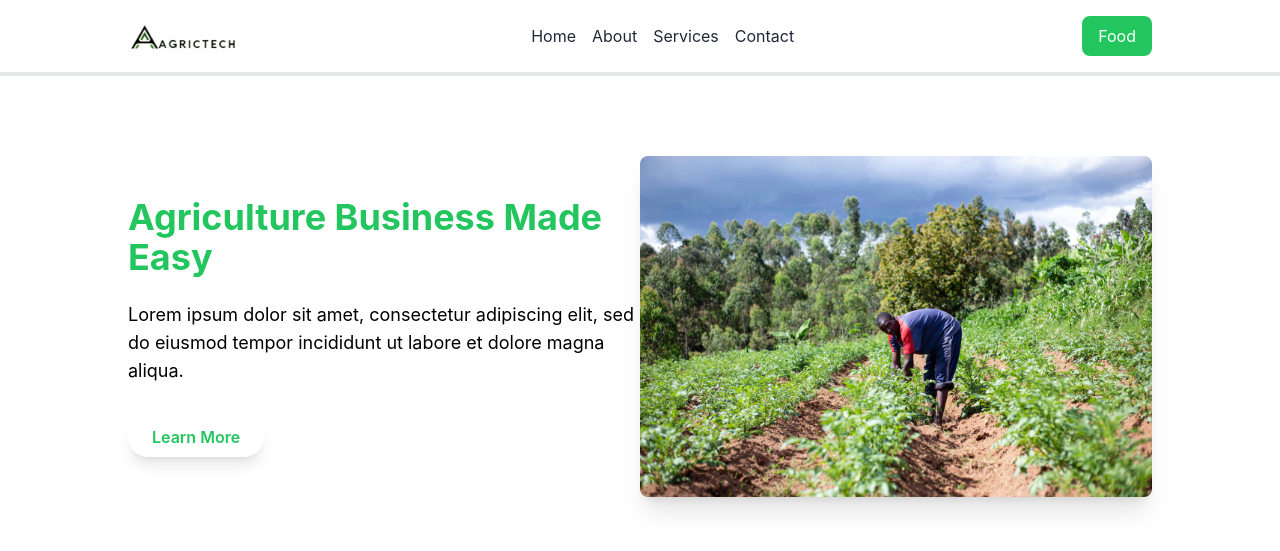
Repository: akinolapo/agric-tech
Page: /
The author's editor kept a copy of each file at every save. The page is drawn from the files as they stood at one save, then again after the next save.
The browser window is 1280 px wide. The pictures show the whole page.
The project was rebuilt for these pictures with package versions that can differ from the ones it lists, and the page was loaded fresh each time.

Above is the page before, as saved 2023-05-27 00:15:40.

After the next save:
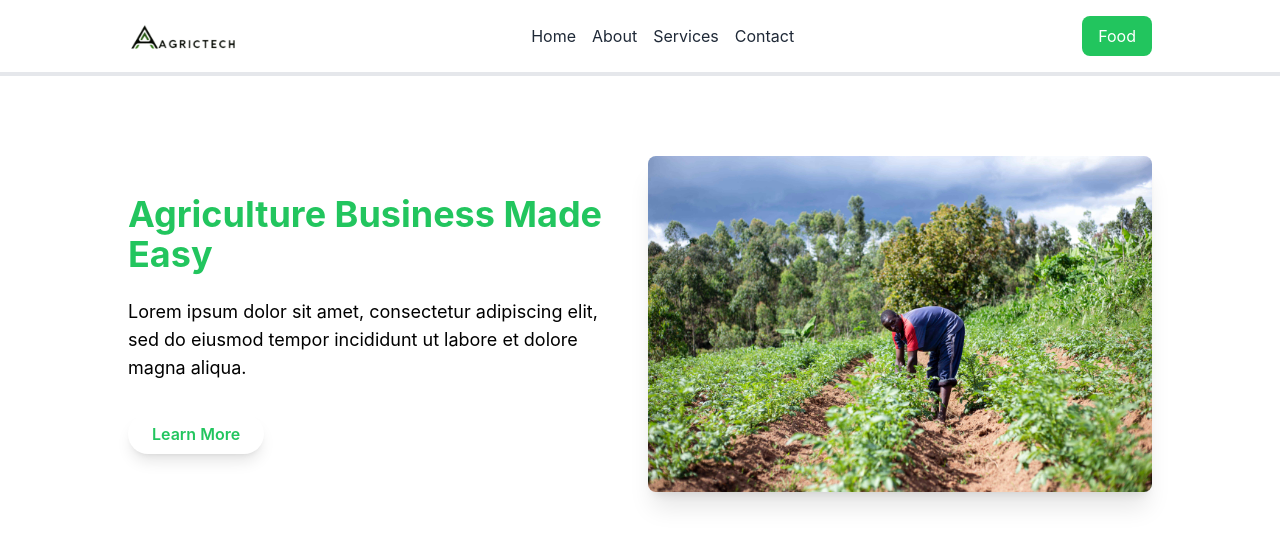
Saved 4 s later.
--- a/src/components/Hero.jsx
+++ b/src/components/Hero.jsx
@@ -3,7 +3,7 @@
 const Hero = () => {
   return (
     <section className="bg-white text-black py-20 px-5 sm:px-32">
-      <div className="container mx-auto flex flex-col lg:flex-row items-center gap-">
+      <div className="container mx-auto flex flex-col lg:flex-row items-center gap-4">
         <div className="lg:w-1/2">
           <h1 className="text-4xl font-bold mb-6 text-green-500">Agriculture Business Made Easy</h1>
           <p className="text-lg mb-8">Lorem ipsum dolor sit amet, consectetur adipiscing elit, sed do eiusmod tempor incididunt ut labore et dolore magna aliqua.</p>

After the save that followed:
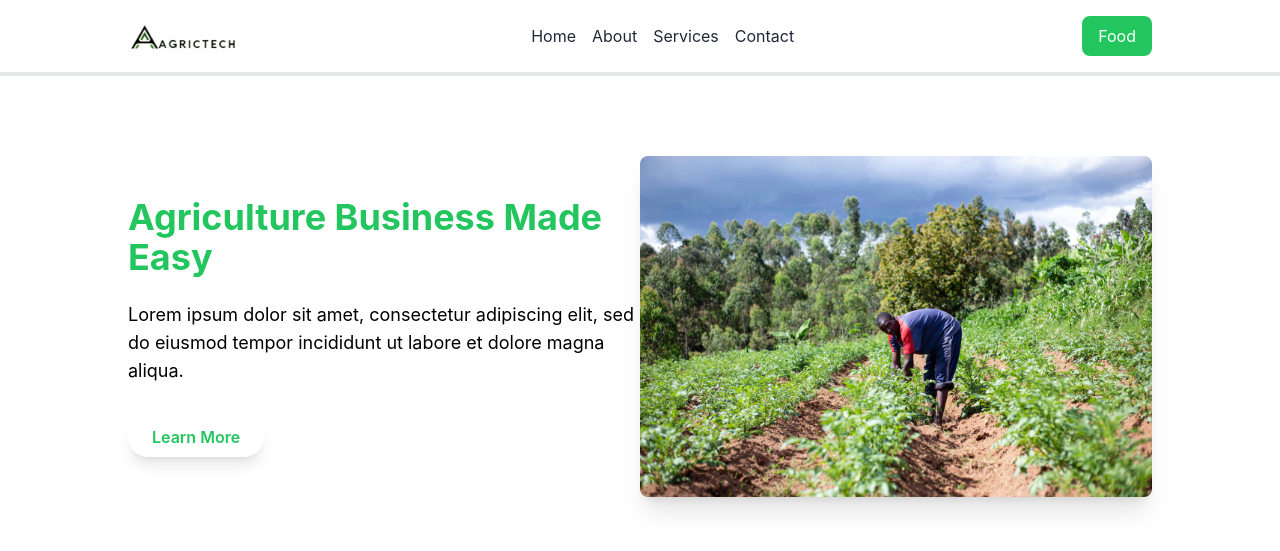
Saved 9 s later.
--- a/src/components/Hero.jsx
+++ b/src/components/Hero.jsx
@@ -3,7 +3,7 @@
 const Hero = () => {
   return (
     <section className="bg-white text-black py-20 px-5 sm:px-32">
-      <div className="container mx-auto flex flex-col lg:flex-row items-center gap-4">
+      <div className="container mx-auto flex flex-col lg:flex-row items-center gap">
         <div className="lg:w-1/2">
           <h1 className="text-4xl font-bold mb-6 text-green-500">Agriculture Business Made Easy</h1>
           <p className="text-lg mb-8">Lorem ipsum dolor sit amet, consectetur adipiscing elit, sed do eiusmod tempor incididunt ut labore et dolore magna aliqua.</p>
